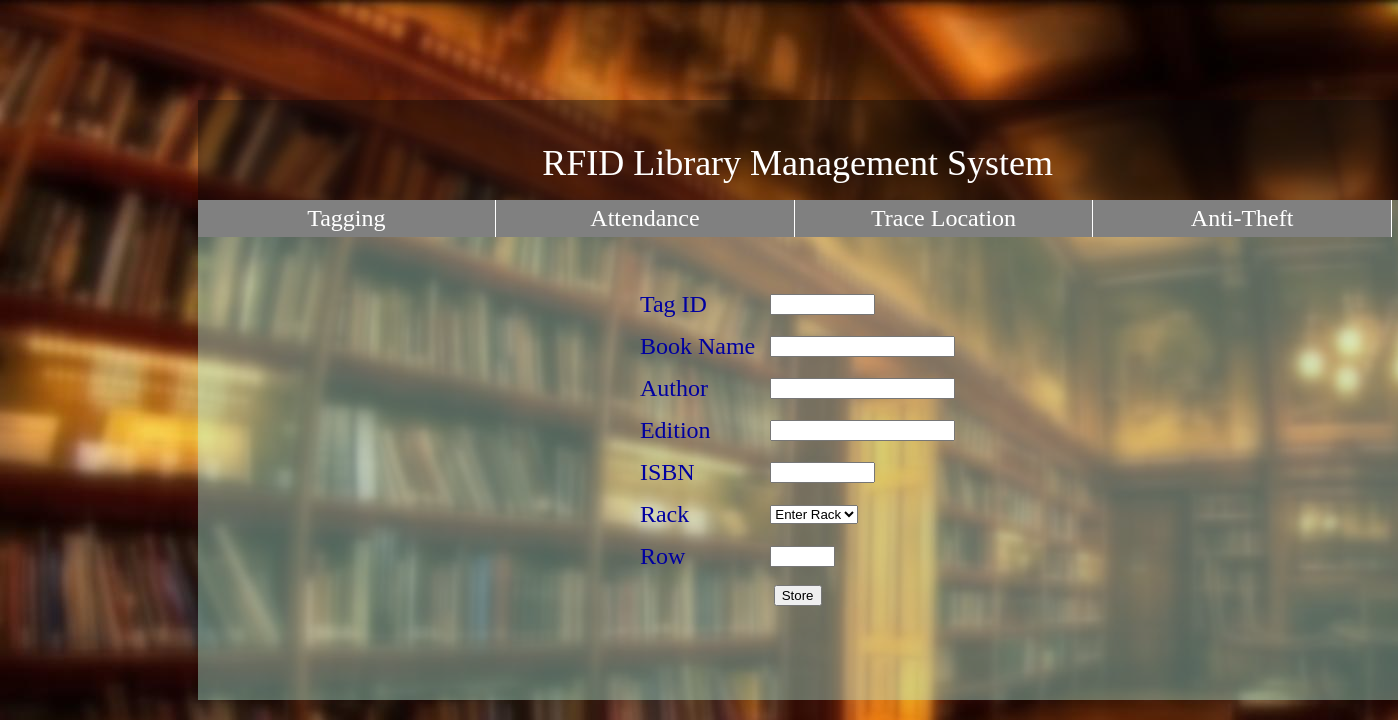
Repository: vigineshs/A-Smart-Data-Analyzer-for-Library-Management-System
Page: http://localhost/librarymgmt/tag.jsp
An editor plug-in stored every save of this project. The page is shown before and after the next save, followed by the edit.
The browser window is 1280 px wide. The page is 1398 px wide, so the pictures cover 1398 px, including what lies to the right of the window. The pictures show the whole page.
The page is served by Tomcat 9. Other server files are loaded and not shown.

Above is the page before, as saved 2013-02-11 16:04:33.

### PassiveRFID/CS203-Version 1.0.6/Demo Applications/Dot Net C#/Demo Applications Source Code/RFID/librarymgmt/WebContent/tag.jsp
<%@ page language="java" contentType="text/html; charset=ISO-8859-1"
    pageEncoding="ISO-8859-1"%>
<!DOCTYPE html PUBLIC "-//W3C//DTD HTML 4.01 Transitional//EN" "http://www.w3.org/TR/html4/loose.dtd">
<html>
<head>
<title>RFID | Library Management System</title>
<link rel="stylesheet" type="text/css" href="page.css ">
<script>
function validateForm()
{
var x=document.forms["f1"]["btag"].value;
if (x==null || x=="")
  {
  alert("TagID must be filled");
  return false;
  }
  var x=document.forms["f1"]["bname"].value;
if (x==null || x=="")
  {
  alert("Book Name must be filled");
  return false;
  }
 var x=document.forms["f1"]["bauthor"].value;
if (x==null || x=="")
  {
  alert("Author must be filled");
  return false;
  }
  var x=document.forms["f1"]["bedition"].value;
if (x==null || x=="")
  {
  alert("Edition must be filled");
  return false;
  }
  var x=document.forms["f1"]["bisbn"].value;
if (x==null || x=="")
  {
  alert("ISBN must be filled");
  return false;
  }
  var x=document.forms["f1"]["brack"].value;
if (x==null || x=="")
  {
  alert("Rack must be filled");
  return false;
  }
  var x=document.forms["f1"]["brow"].value;
if (x==null || x=="")
  {
  alert("Row must be filled");
  return false;
  }
}
</script>
</head>
<body>
<div class="center">
<div id="container">
<div id="header"><br/>
RFID Library Management System
</div>
<div id="content">
<ul>
<li><a href="tag.jsp">Tagging</a></li>
<li><a href="attend.jsp">Attendance</a></li>
<li><a href="locate.jsp">Trace Location</a></li>
<li><a href="#">Anti-Theft</a></li>
</ul>
<br/><br/>
	<center>
	<form method=POST action="http://localhost:8080/librarymgmt/Tagg" onsubmit="return validateForm()" name=f1 ><br/>
<table cellpadding="5" cellspacing="5">
<tr><td>Tag ID</td><td><input type=text size=10 name="btag" /></td></tr>
<tr><td>Book Name</td><td><input type=text size=20 name="bname" /></td></tr>
<tr><td>Author</td><td><input type=text size=20 name="bauthor" /></td></tr>
<tr><td>Edition</td><td><input type=text size=20 name="bedition" /></td></tr>
<tr><td>ISBN</td><td><input type=text size=10 name="bisbn" /></td></tr>
<tr><td>Rack</td><td><select name="brack">
  <option value="">Enter Rack</option>
  <option value="IT">IT</option>
  <option value="CSE">CSE</option>
  <option value="ECE">ECE</option>
    <option value="EEE">EEE</option>
  <option value="EIE">EIE</option>
  <option value="CIVIL">CIVIL</option>
  <option value="MBA">MBA</option>
  <option value="MCA">MCA</option>
</select></td></tr>
<tr><td>Row</td><td><input type=text size=5 name="brow" /></td></tr>
<tr  ><td colspan="2"><center><input type=submit value=Store /></center></td></tr>
</table>
</form>
</center>
</div></div>
</div>
</body>
</html>

### PassiveRFID/CS203-Version 1.0.6/Demo Applications/Dot Net C#/Demo Applications Source Code/RFID/librarymgmt/WebContent/page.css
#container
{


width:1200px;
height:500px;
margin:0px;

}

ul
{

width:100%;
padding:0;
margin:0;
list-style-type:none;
}

ul a
{
float:left;
width:10.6em;
text-decoration:none;
text-align:center;
color:white;
background-color:grey;
padding:0.2em 0.9em;
border-right:1px solid white;
}

a
{
float:left;
width:8em;
text-decoration:none;
text-align:center;
color:white;
background-color:#58ACFA;
padding:0.2em 0.9em;
border-right:1px solid white;
}

a:hover {background-color:white;
color:black;}

li {display:inline;}


.center
{
margin-left:auto;
margin-right:auto;
width:70%;
}

body
{
background-image:url('images/lib.jpg');
color:#0000A0;
}

#header
{
background-image:url('images/header.png');
font-family:Monotype Corsiva;
font-size:36px;
color:white;
height:100px;
text-align:center;
float:center;
margin-top:100px;
}

#content
{
background-image:url('images/content.png');
width:1200px;
height:500px;
margin-left:0px;
overflow:hidden;
font-size:24px;
float:center;
}

#lcon
{
width:300px;
height:100%
overflow:hidden;
}

#rcon
{
width:700px;
height:100%
overflow:hidden;
margin-left:300px;
}

After the next save:
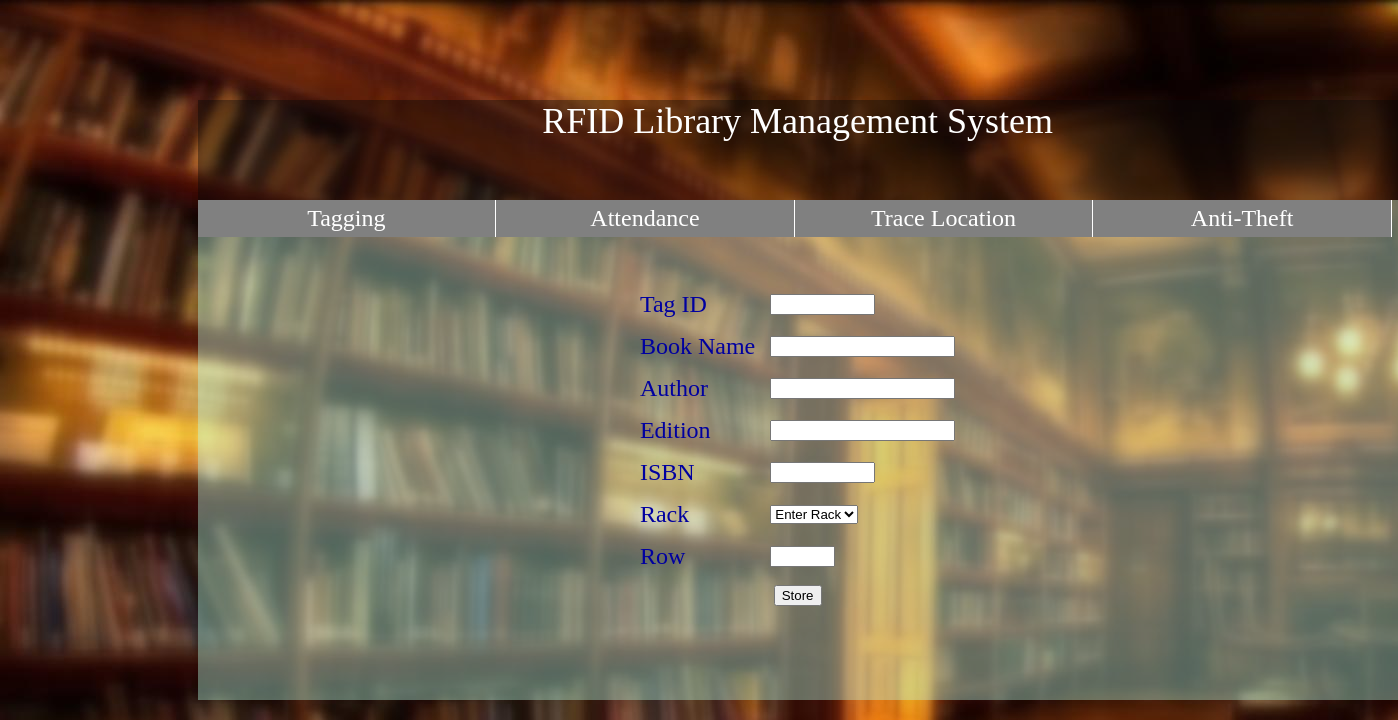
Saved 14 s later.
--- a/PassiveRFID/CS203-Version 1.0.6/Demo Applications/Dot Net C#/Demo Applications Source Code/RFID/librarymgmt/WebContent/tag.jsp
+++ b/PassiveRFID/CS203-Version 1.0.6/Demo Applications/Dot Net C#/Demo Applications Source Code/RFID/librarymgmt/WebContent/tag.jsp
@@ -56,7 +56,7 @@
 <body>
 <div class="center">
 <div id="container">
-<div id="header"><br/>
+<div id="header">
 RFID Library Management System
 </div>
 <div id="content">

After the save that followed:
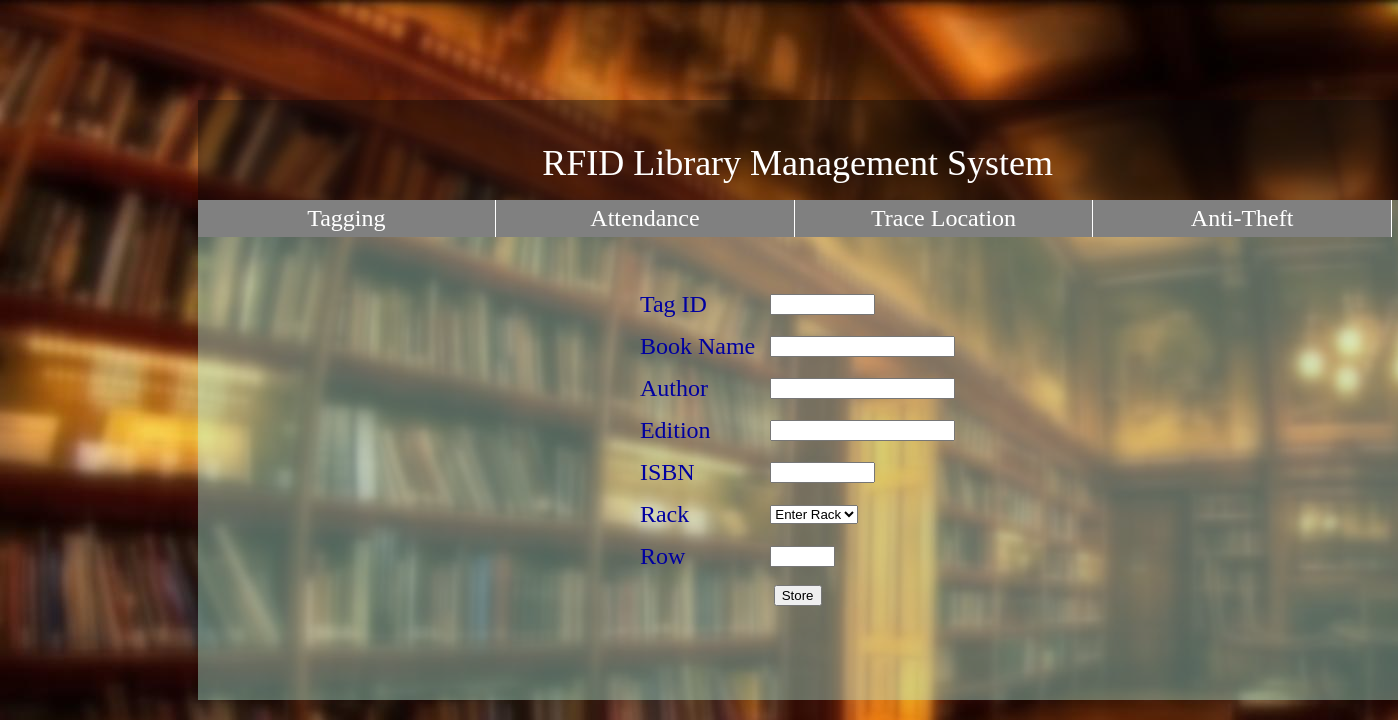
Saved 6 s later.
--- a/PassiveRFID/CS203-Version 1.0.6/Demo Applications/Dot Net C#/Demo Applications Source Code/RFID/librarymgmt/WebContent/tag.jsp
+++ b/PassiveRFID/CS203-Version 1.0.6/Demo Applications/Dot Net C#/Demo Applications Source Code/RFID/librarymgmt/WebContent/tag.jsp
@@ -56,7 +56,7 @@
 <body>
 <div class="center">
 <div id="container">
-<div id="header">
+<div id="header"><br/>
 RFID Library Management System
 </div>
 <div id="content">
